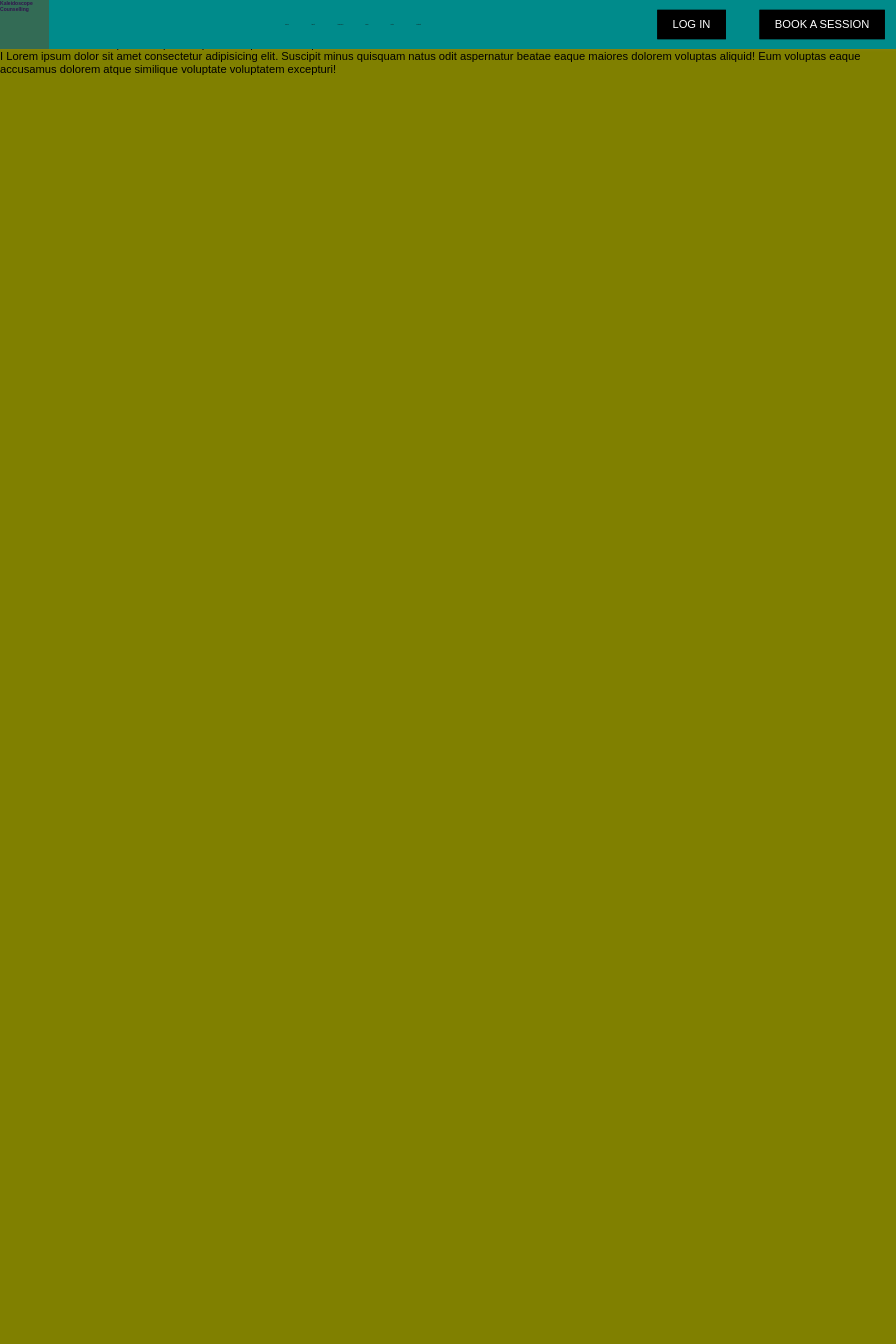
Repository: voutadi/ava-website
Page: index.html
An editor plug-in stored every save of this project. The page is shown before and after the next save, followed by the edit.
The browser window is 1280 px wide. The pictures show the part of the page from y = 0 to 1920 px (the page is 3000 px tall), at 70% of full size.

Above is the page before, as saved 2024-11-24 22:28:51.

### index.html
<!DOCTYPE html>
<html lang="en">
  <head>
    <meta charset="UTF-8" />
    <meta name="viewport" content="width=device-width, initial-scale=1.0" />
    <link rel="stylesheet" href="styles/style.css" />

    <title>Kaleidoscope Counselling</title>
  </head>
  <body>
    <div class="header">
      <div class="logo-container">
        <div class="logo">
          Kaleidoscope <br />
          Counselling
        </div>
      </div>
      <div class="navbar">
        <ul>
          <li><a href="#home">Home</a></li>
          <li>
            <a
              href="https://www.psychologytoday.com/ca/therapists/ava-outadi-port-moody-bc/1111563"
              target="_blank"
              >About</a
            >
          </li>
          <li><a href="#approach">Approach</a></li>
          <li><a href="#blog">Blog</a></li>
          <li><a href="#rate">Rate</a></li>
          <li><a href="#contact">Contact</a></li>
        </ul>
      </div>
      <div class="appointment">
        <button class="login">LOG IN</button>
        <button class="book-session">BOOK A SESSION</button>
      </div>
    </div>

    <p>
      I Lorem ipsum dolor sit amet consectetur adipisicing elit. Suscipit minus
      quisquam natus odit aspernatur beatae eaque maiores dolorem voluptas
      aliquid! Eum voluptas eaque accusamus dolorem atque similique voluptate
      voluptatem excepturi!
    </p>
    <p>
      I Lorem ipsum dolor sit amet consectetur adipisicing elit. Suscipit minus
      quisquam natus odit aspernatur beatae eaque maiores dolorem voluptas
      aliquid! Eum voluptas eaque accusamus dolorem atque similique voluptate
      voluptatem excepturi!
    </p>
    <p>
      I Lorem ipsum dolor sit amet consectetur adipisicing elit. Suscipit minus
      quisquam natus odit aspernatur beatae eaque maiores dolorem voluptas
      aliquid! Eum voluptas eaque accusamus dolorem atque similique voluptate
      voluptatem excepturi!
    </p>
  </body>
</html>

### styles/style.css
* {
  margin: 0;
  padding: 0;
  box-sizing: border-box;
}
body {
  background-color: rgb(128,128,0);

  height: 3000px;
  font-family: Arial, Helvetica, sans-serif;
  font-size: 1rem;
}
.header {
  max-width: 100%; /*Make sure Take all of her parent element(body)on all different devices .*/
  height: 70px;
  position: fixed;
  top: 0;
  left: 0;
  right: 0;
  background-color: rgb(0,139,139);

  display: flex;
  justify-content: space-between;
  align-items: center;

  box-shadow: 0 2px 4px rgba(243, 172, 172, 0.15); /* Adds a subtle shadow for depth, optional */
}
.logo-container {
  width: 70px; /* Put condition for smaller or biger divice*/

  background-color: rgb(51, 107, 85);
  height: 70px;
}
.logo {
  color: rgb(50, 21, 77);
  font-size: 0.45rem;
  font-weight: bold;
}

.navbar ul {
  display: flex;
  flex: 1;
  justify-content: center;
  list-style-type: none;
  flex-wrap: wrap;
}
.navbar li {
  display: flex;
  justify-content: center;
  margin: 1rem;
}
.navbar a {
  font-size: 2px;
  color: rgb(25, 20, 20);
  font-weight: 500;

  text-decoration: none;
}
.navbar a:hover {
  background-color: rgb(192, 175, 175);
  padding: 2px 4px;
  border-radius: 6px;
  transition: 0.15s;
}

.navbar a:active {
  background-color: rgb(176, 163, 163);
}
.appointment{
  display: flex;
  flex-direction: row;
}
.login{
  background-color: black;
  color: rgb(255, 255, 255);
  font-size: 1rem;
  padding: 10px 20px;
  margin-right: 1rem;
  border-width: 2px;
  border-style: solid;

  cursor: pointer;

}

.book-session {

  background-color: black;
  color: rgb(255, 255, 255);
  font-size: 1rem;
  padding: 10px 20px;
  margin-right: 1rem;
  margin-left: 2rem;
  border-width: 2px;
  border-style: solid;

  cursor: pointer;
}

After the next save:
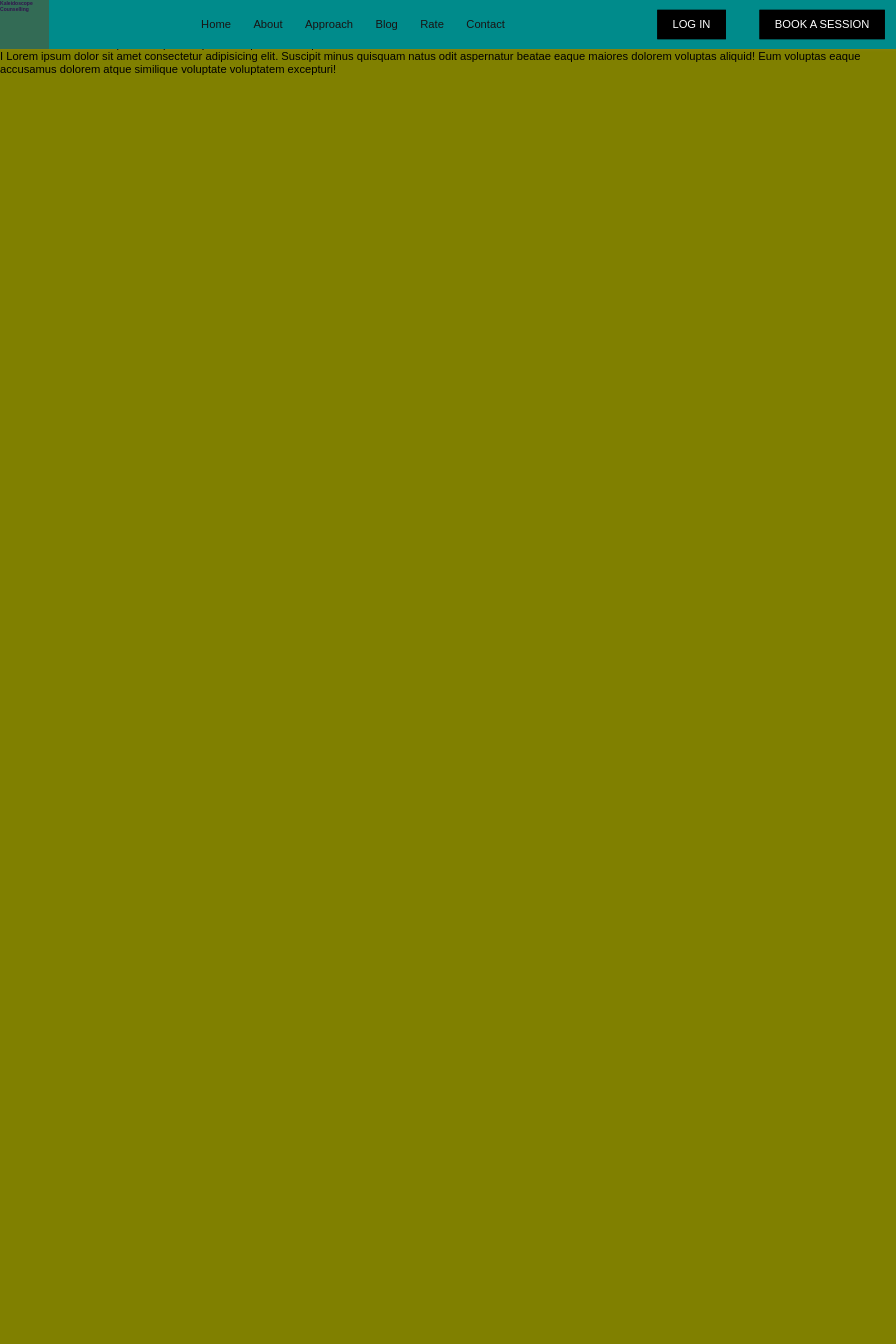
Saved 6 min 2 s later.
--- a/styles/style.css
+++ b/styles/style.css
@@ -50,7 +50,7 @@
   margin: 1rem;
 }
 .navbar a {
-  font-size: 2px;
+  font-size: px;
   color: rgb(25, 20, 20);
   font-weight: 500;
 

After the 2 saves that followed:
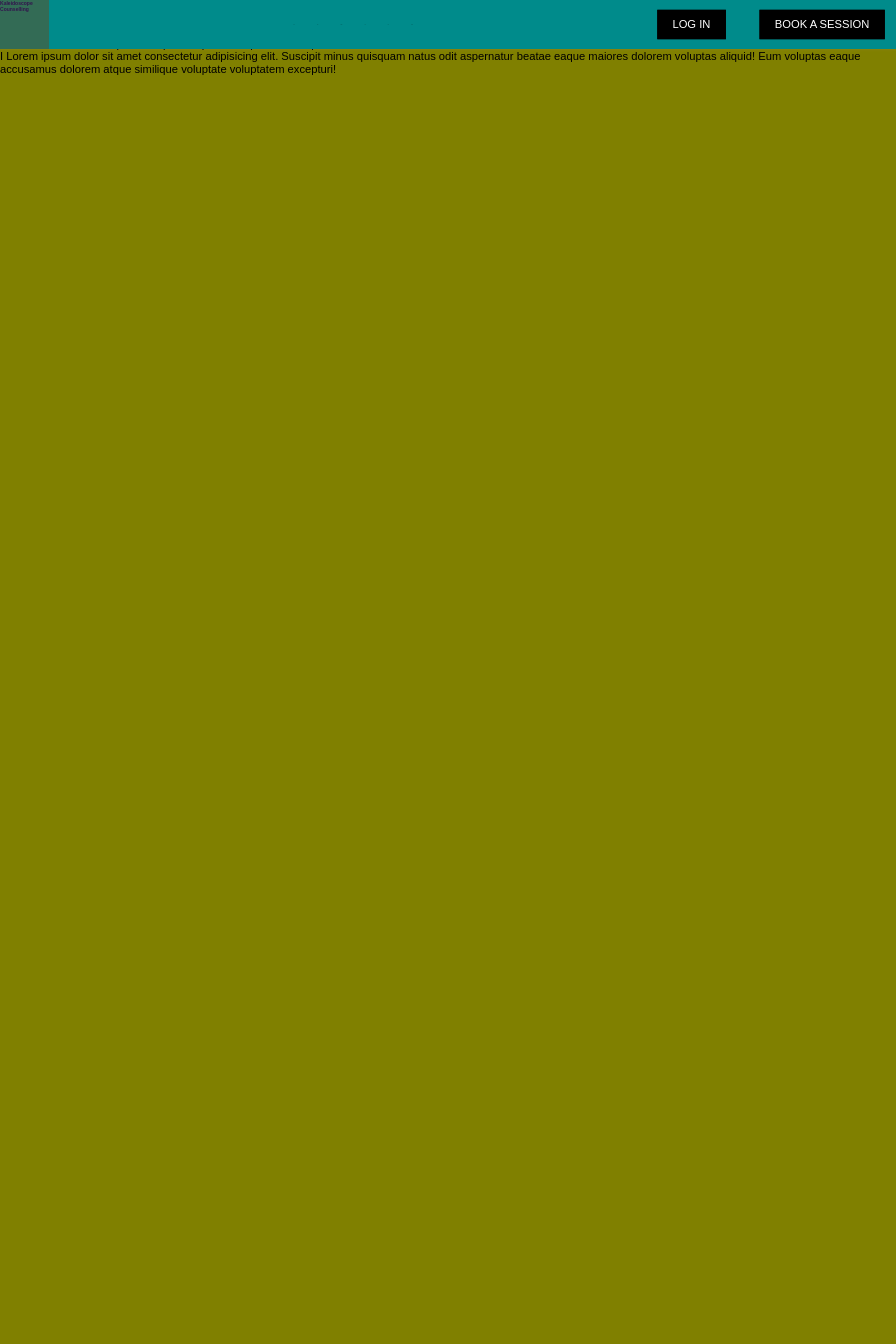
The 2 saves are shown as one change because 1 left the picture as it was.
The last was saved 10 s later.
--- a/styles/style.css
+++ b/styles/style.css
@@ -50,7 +50,7 @@
   margin: 1rem;
 }
 .navbar a {
-  font-size: px;
+  font-size: .6px;
   color: rgb(25, 20, 20);
   font-weight: 500;
 
